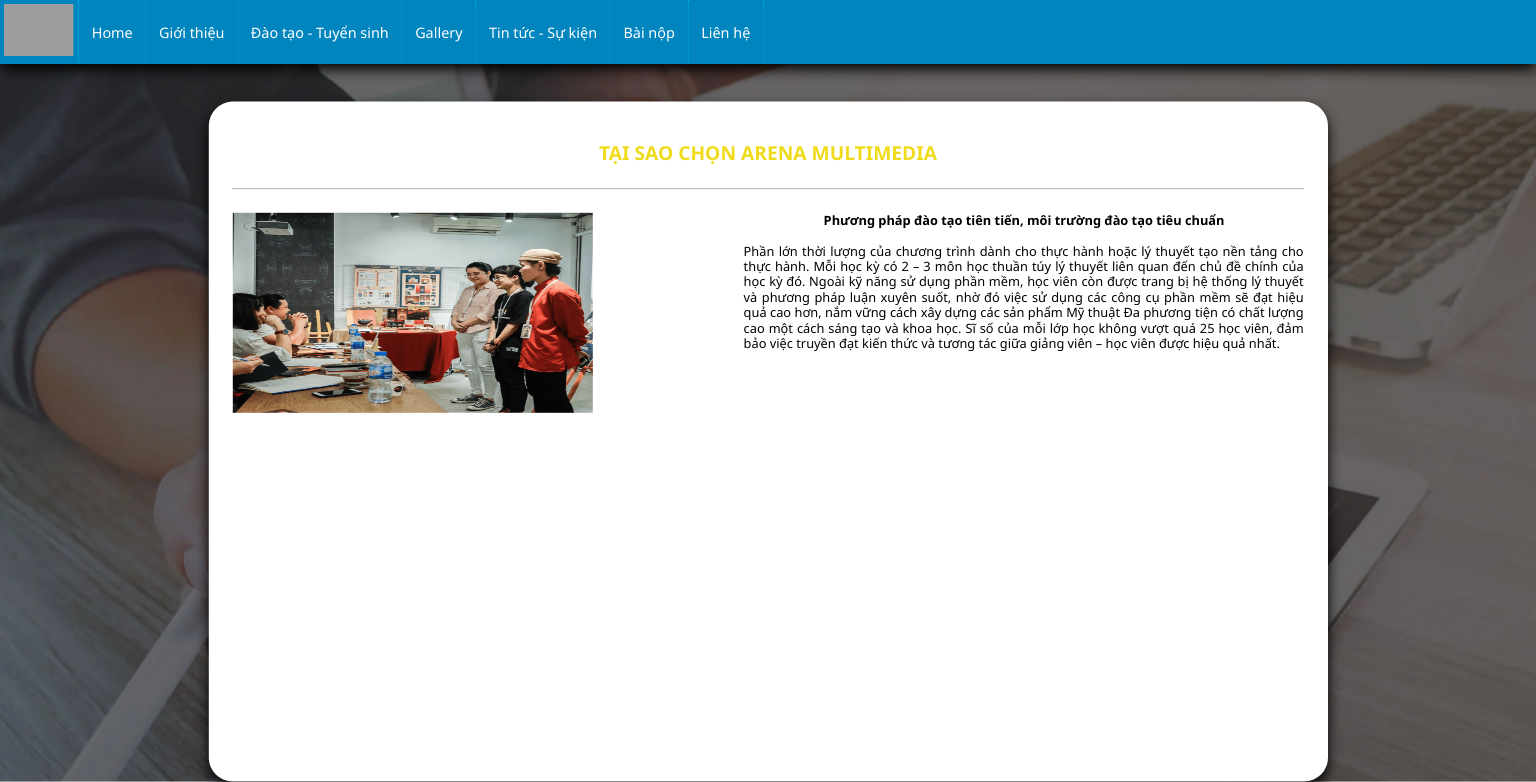
Repository: arena-dttan/dcw-final-exam-d2107m1
Page: final-list/DCW_Final_5_Nguyen-Thi-Thu-Huong_D2107M1/gioi-thieu.html
The author's editor kept a copy of each file at every save. The page is drawn from the files as they stood at one save, then again after the next save.
The browser window is 1280 px wide. The page is 1920 px wide, so the pictures cover 1920 px, including what lies to the right of the window. The pictures show the whole page, at 80% of full size.
Pictures or frames that could not be fetched are drawn as grey boxes.

Above is the page before, as saved 2022-06-26 15:30:57.

After the next save:
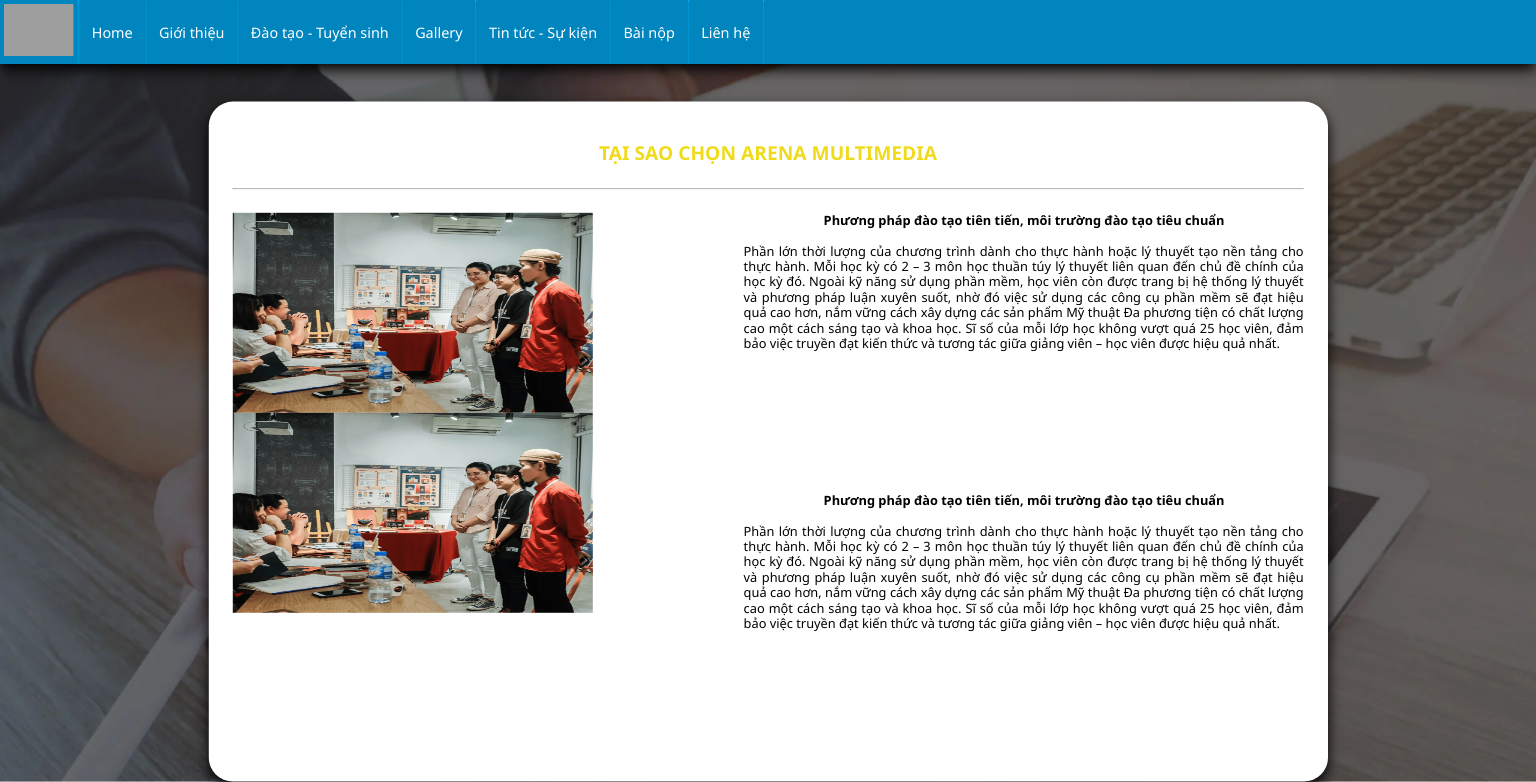
Saved 73 s later.
--- a/final-list/DCW_Final_5_Nguyen-Thi-Thu-Huong_D2107M1/gioi-thieu.html
+++ b/final-list/DCW_Final_5_Nguyen-Thi-Thu-Huong_D2107M1/gioi-thieu.html
@@ -80,6 +80,20 @@
                         chất lượng cao một cách sáng tạo và khoa học.
                         Sĩ số của mỗi lớp học không vượt quá 25 học viên, đảm bảo việc truyền đạt
                         kiến thức và tương tác giữa giảng viên – học viên được hiệu quả nhất.</P></div>
+                        <img src="./images/gioi-thieu-1.png" alt="gioi-thieu-1">
+                        <P>
+                        <b><span>Phương pháp đào tạo tiên tiến, môi trường đào tạo tiêu chuẩn</span></b>
+                        <br>
+                        <br>
+                        Phần lớn thời lượng của chương trình dành cho thực hành hoặc lý thuyết
+                        tạo nền tảng cho thực hành. Mỗi học kỳ có 2 – 3 môn học thuần túy lý thuyết
+                        liên quan đến chủ đề chính của học kỳ đó. Ngoài kỹ năng sử dụng phần
+                        mềm, học viên còn được trang bị hệ thống lý thuyết và phương pháp luận
+                        xuyên suốt, nhờ đó việc sử dụng các công cụ phần mềm sẽ đạt hiệu quả cao
+                        hơn, nắm vững cách xây dựng các sản phẩm Mỹ thuật Đa phương tiện có
+                        chất lượng cao một cách sáng tạo và khoa học.
+                        Sĩ số của mỗi lớp học không vượt quá 25 học viên, đảm bảo việc truyền đạt
+                        kiến thức và tương tác giữa giảng viên – học viên được hiệu quả nhất.</P></div>
                 </div>
             </div>
 
